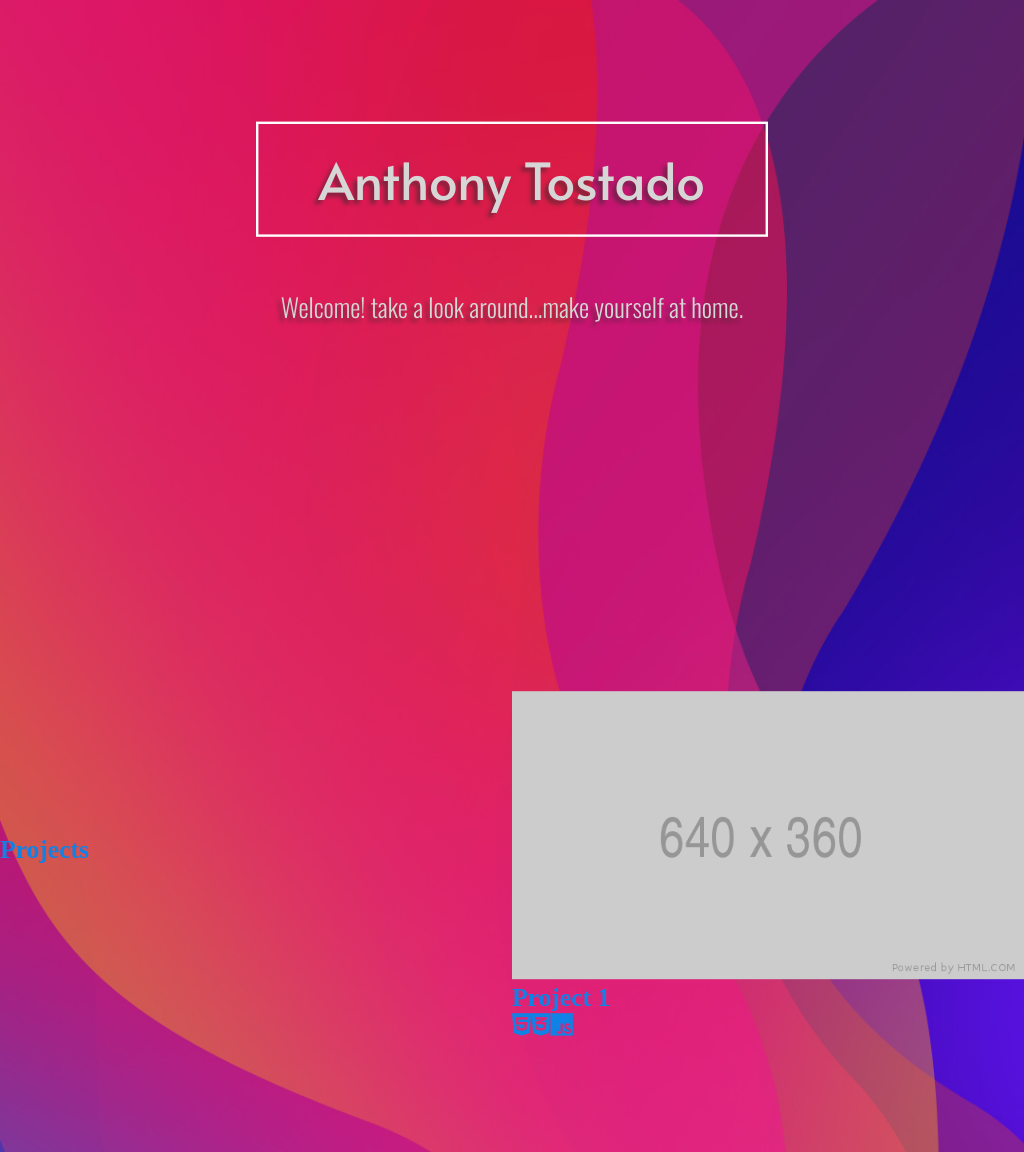
Repository: sloppytony/newport
Page: / (app in portfolio/)
These files come from the project's save history. The page is drawn as it stood at one moment and after the next save; the edit follows.
The browser window is 1280 px wide. The pictures show the whole page, at 80% of full size.
Backgrounds fixed to the window are drawn as part of the page. Some web libraries are served in a nearby version. The project was rebuilt for these pictures with package versions that can differ from the ones it lists, and the page was loaded fresh each time.

Above is the page before, as saved 2020-08-23 13:44:40.

After the next save:
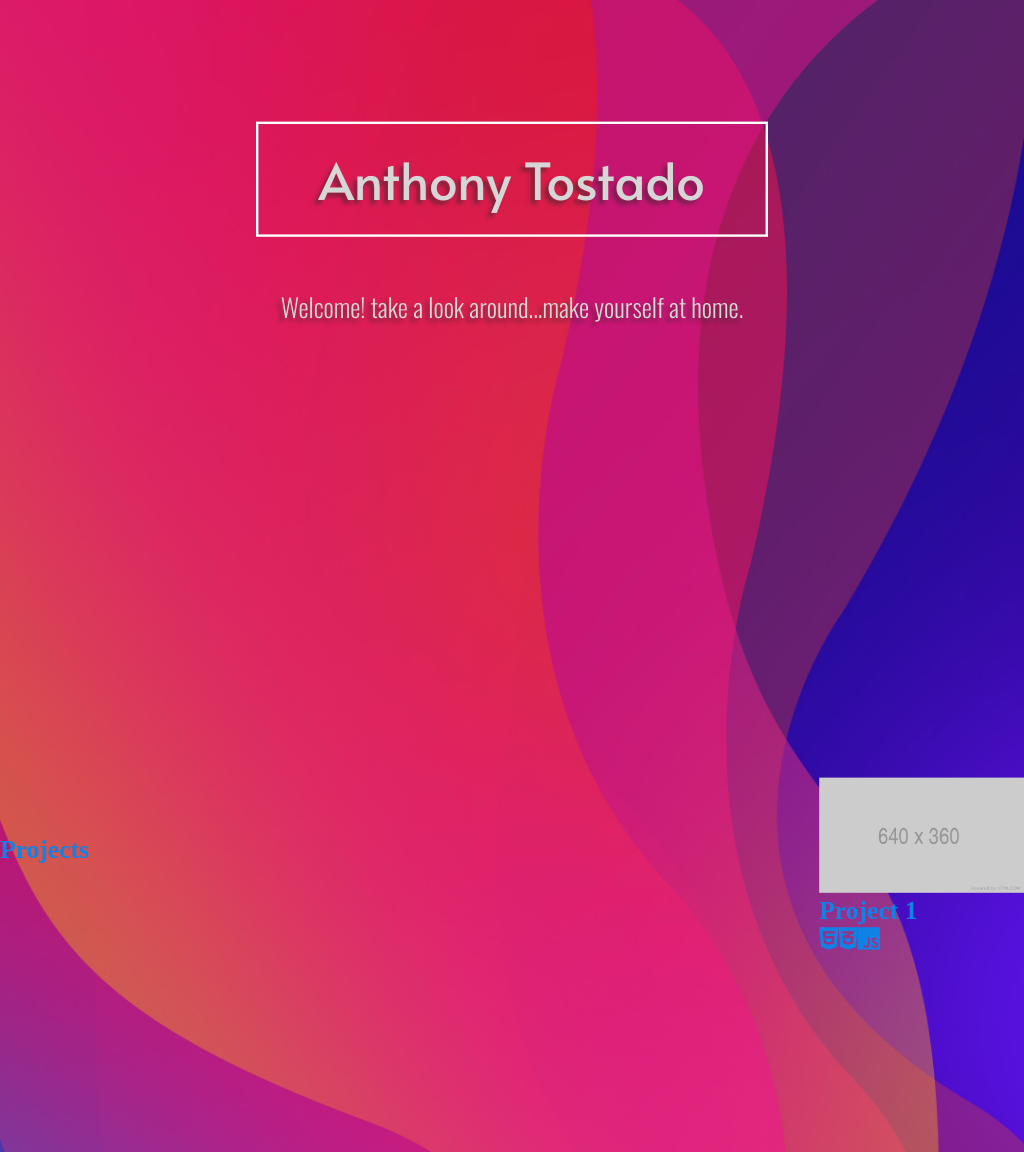
Saved 37 s later.
--- a/portfolio/src/App.css
+++ b/portfolio/src/App.css
@@ -71,7 +71,7 @@
 }
 
 .cardImage {
-  height: 20%;
+  height: 20vh;
   width: auto;
 }
 

After the save that followed:
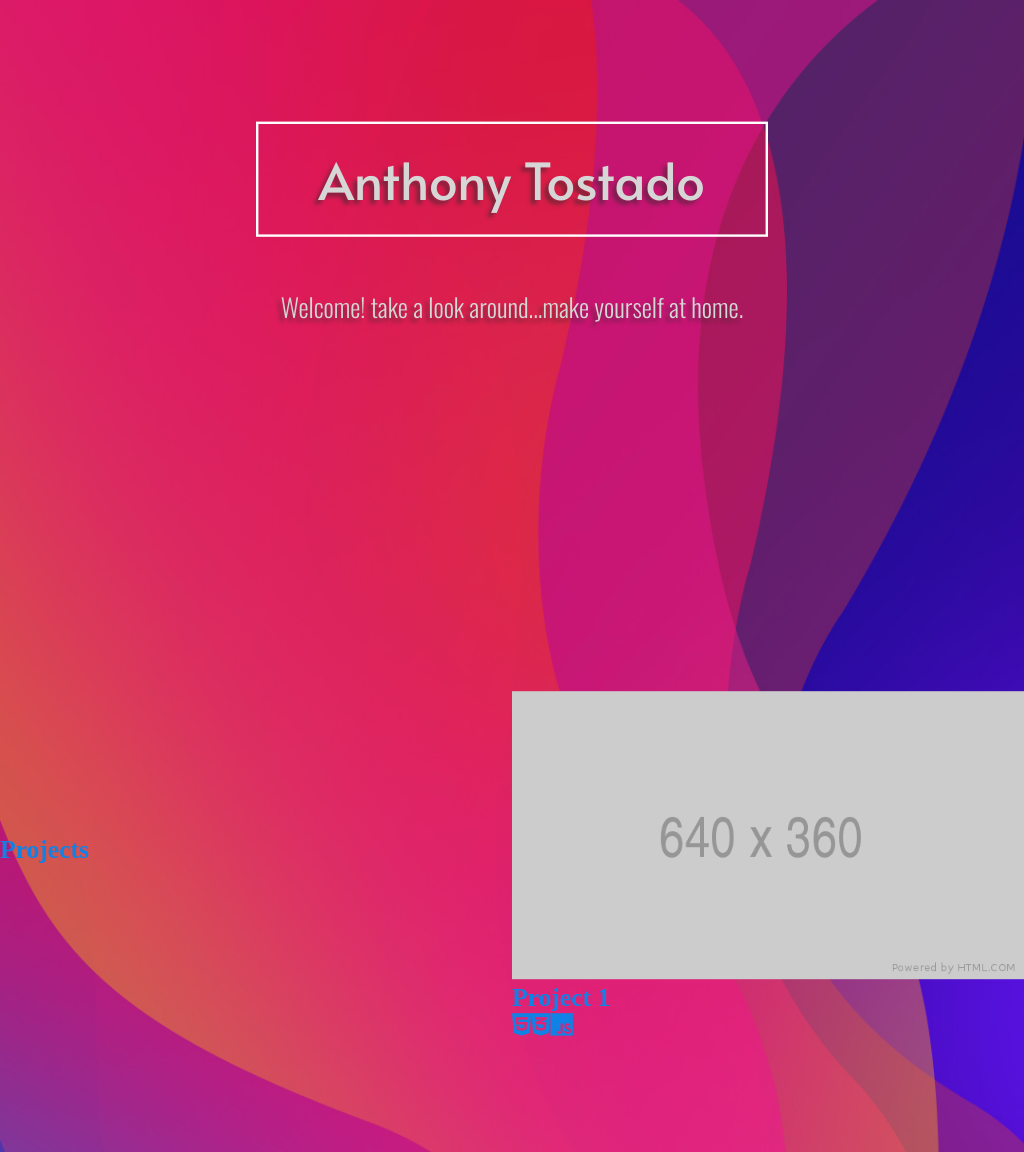
Saved 6 s later.
--- a/portfolio/src/App.css
+++ b/portfolio/src/App.css
@@ -71,7 +71,7 @@
 }
 
 .cardImage {
-  height: 20vh;
+  height: 50vh;
   width: auto;
 }
 
